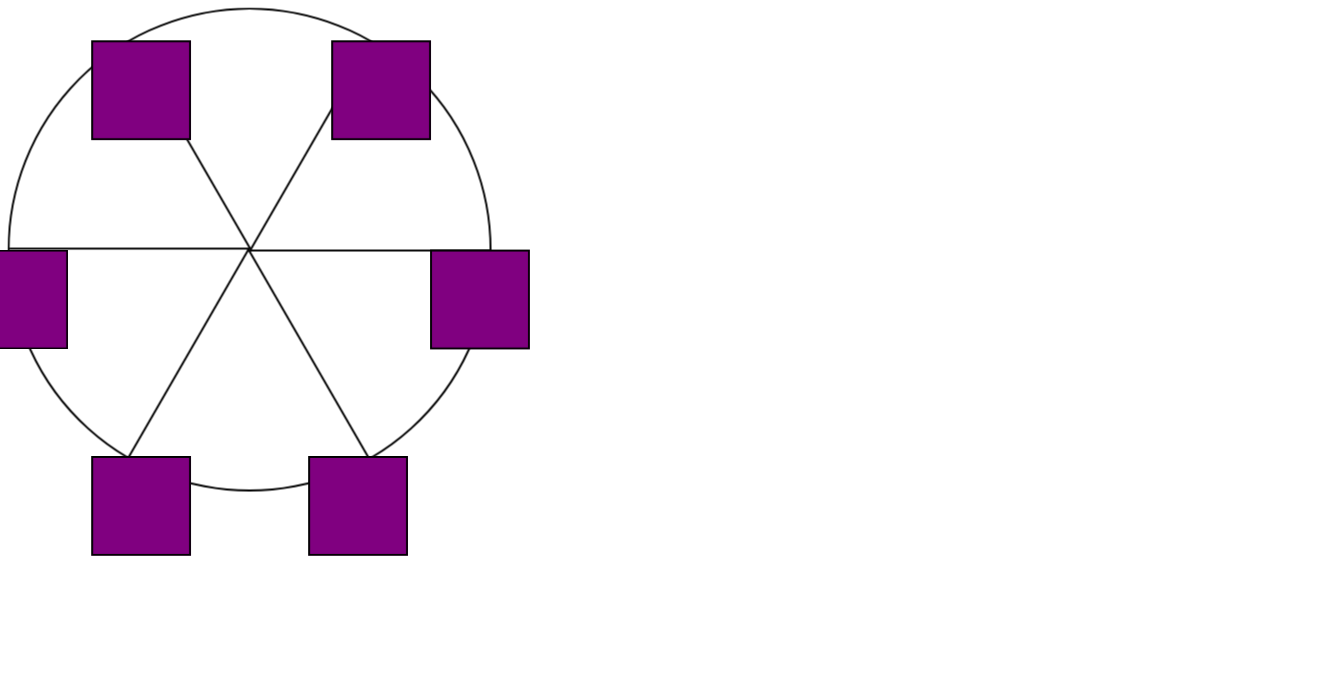
Repository: Lungdjos/ferris_wheel
Page: index.html
The author's editor kept a copy of each file at every save. The page is drawn from the files as they stood at one save, then again after a run of saves.
The browser window is 1280 px wide. The page is 1280 px wide, then 1389 px, then 1280 px, so the pictures cover 1389 px, including what lies to the right of the window. The pictures show the whole page, at 96% of full size.

Above is the page before, as saved 2024-01-12 10:46:39.

### index.html
<!DOCTYPE html>
<html lang="en">

<head>
    <meta charset="UTF-8">
    <meta name="viewport" content="width=device-width, initial-scale=1.0">
    <title>Ferris Wheel</title>
    <link rel="stylesheet" href="./styles.css">
</head>

<body>
    <div class="wheel">
        <span class="line"></span>
        <span class="line"></span>
        <span class="line"></span>
        <span class="line"></span>
        <span class="line"></span>
        <span class="line"></span>
        <div class="cabin"></div>
        <div class="cabin"></div>
        <div class="cabin"></div>
        <div class="cabin"></div>
        <div class="cabin"></div>
        <div class="cabin"></div>
    </div>

</body>

</html>

### styles.css
    /* styling for the wheel */

    .wheel {
        border: 2px solid black;
        border-radius: 50%;
        /* margin-left: 100px;
        margin-top: 50px; */
        position: absolute;
        height: 55vw;
        width: 55vw;
        max-width: 500px;
        max-height: 500px;
        animation-name: wheel;
        animation-duration: 10s;
        animation-iteration-count: infinite;
        animation-timing-function: linear;
    }
    /* styling for the line */

    .line {
        background-color: black;
        height: 2px;
        width: 50%;
        top: 50%;
        left: 50%;
        position: absolute;
        transform-origin: 0% 0%;
    }

    .line:nth-of-type(2) {
        transform: rotate(60deg);
    }

    .line:nth-of-type(3) {
        transform: rotate(120deg);
    }

    .line:nth-of-type(4) {
        transform: rotate(180deg);
    }

    .line:nth-of-type(5) {
        transform: rotate(240deg);
    }

    .line:nth-of-type(6) {
        transform: rotate(-60deg);
    }
    /* styling for the cabin */

    .cabin {
        background-color: red;
        width: 20%;
        height: 20%;
        border: 2px solid;
        position: absolute;
        transform-origin: 50% 0%;
        animation: cabins 10s ease-in-out infinite;
    }

    .cabin:nth-of-type(1) {
        right: -8.5%;
        top: 50%;
    }

    .cabin:nth-of-type(2) {
        right: 17%;
        top: 93.5%;
        background-color: orangered;
    }

    .cabin:nth-of-type(3) {
        right: 67%;
        top: 93.5%;
        background-color: orange;
    }

    .cabin:nth-of-type(4) {
        left: -8.5%;
        top: 50%;
        background-color: blueviolet;
    }

    .cabin:nth-of-type(5) {
        left: 17%;
        top: 7%;
        background-color: plum;
    }

    .cabin:nth-of-type(6) {
        right: 17%;
        top: 7%;
        background-color: purple;
    }
    /* animation styling */
    /* animation for the wheel */

    @keyframes wheel {
        0% {
            transform: rotate(0deg);
        }
        100% {
            transform: rotate(360deg);
        }
    }
    /* animation for the cabins */

    @keyframes cabins {
        0% {
            transform: rotate(0deg);
        }
        25% {
            background-color: yellowgreen;
        }
        50% {
            background-color: purple;
        }
        75% {
            background-color: brown;
        }
        100% {
            transform: rotate(-360deg);
        }
    }

After the next 2 saves:
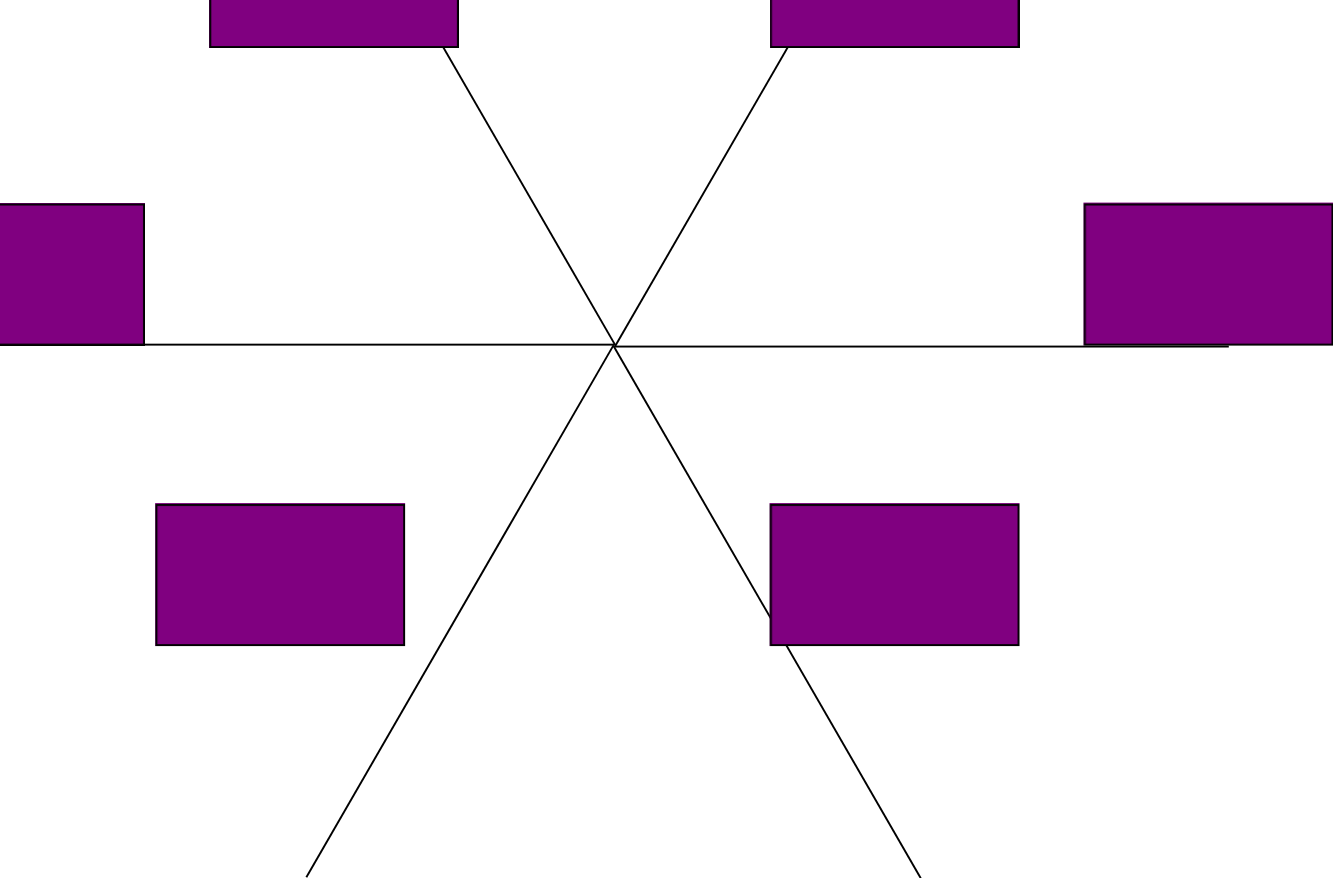
The 2 saves are shown as one change because they came seconds apart.
The last was saved 11 s later.
--- a/styles.css
+++ b/styles.css
@@ -1,3 +1,4 @@
+    bod y
     /* styling for the wheel */
 
     .wheel {

After the 3 saves that followed:
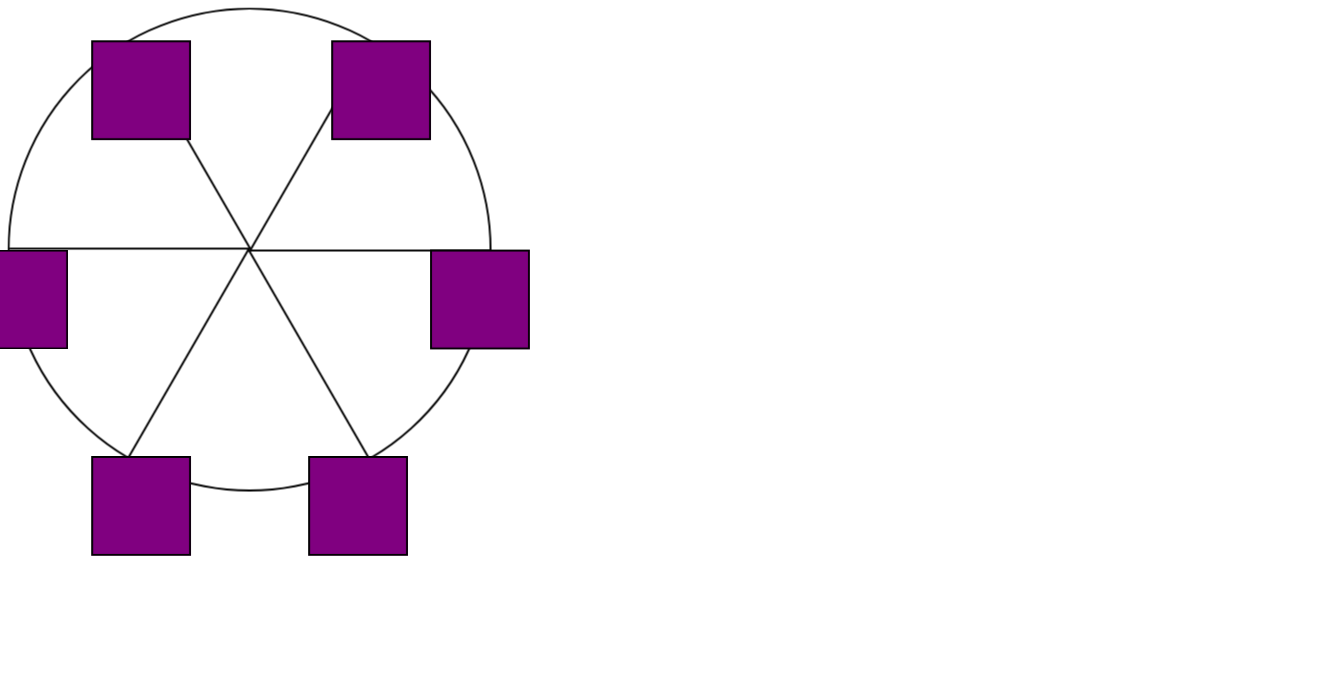
The 3 saves are shown as one change because they came seconds apart.
The last was saved 9 s later.
--- a/styles.css
+++ b/styles.css
@@ -1,4 +1,7 @@
-    bod y
+    body {
+        align-items: center;
+        justify-content: center;
+    }
     /* styling for the wheel */
 
     .wheel {
